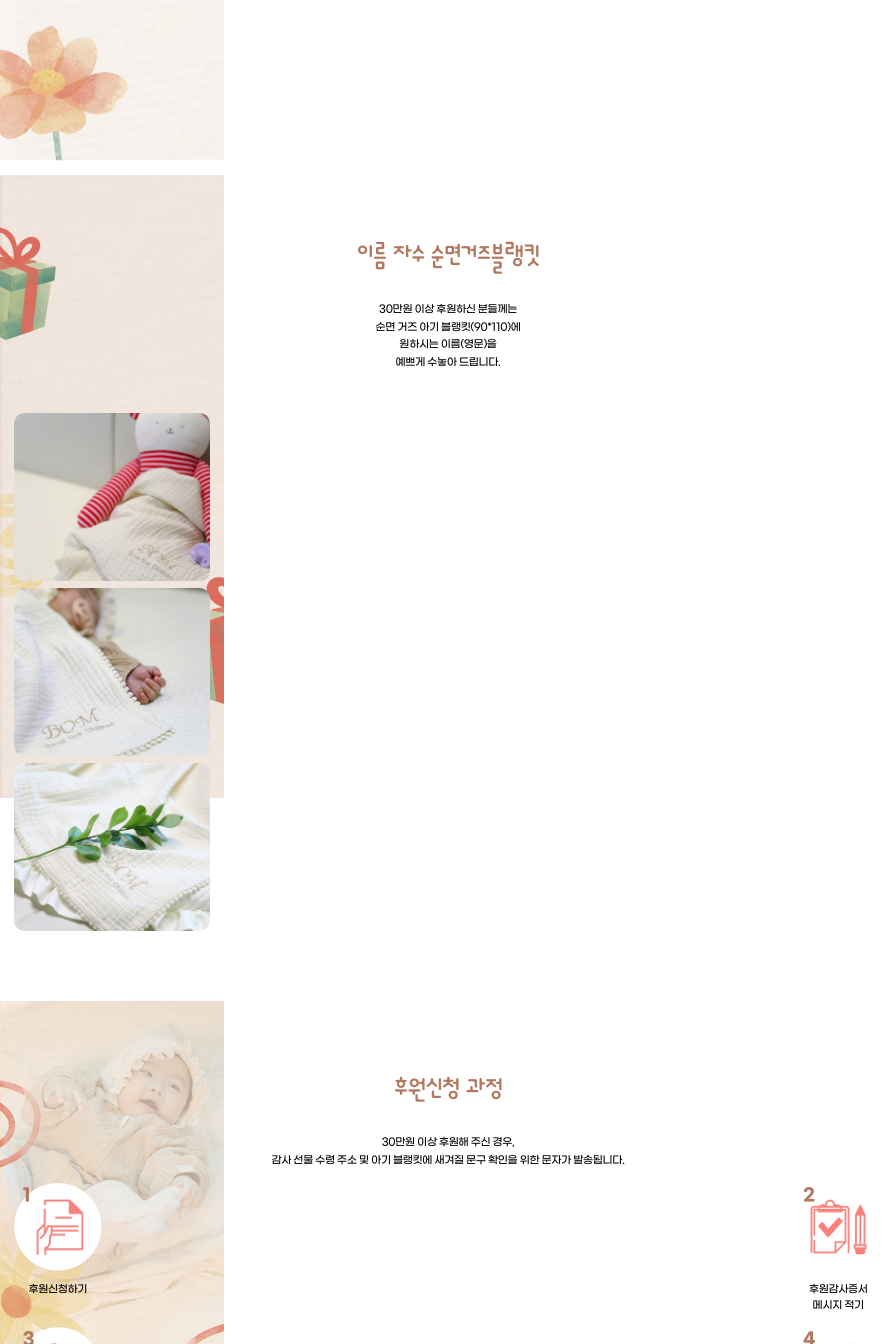
Repository: dlgywls1130/save_the_m320
Page: index.html
These files come from the project's save history. The page is drawn as it stood at one moment and after the next save; the edit follows.
The browser window is 1280 px wide. The pictures show the part of the page from y = 3460 to 5380 px (the page is 7390 px tall before and 7140 px after), at 70% of full size.

Above is the page before, as saved 2023-12-21 11:20:33.

After the next save:
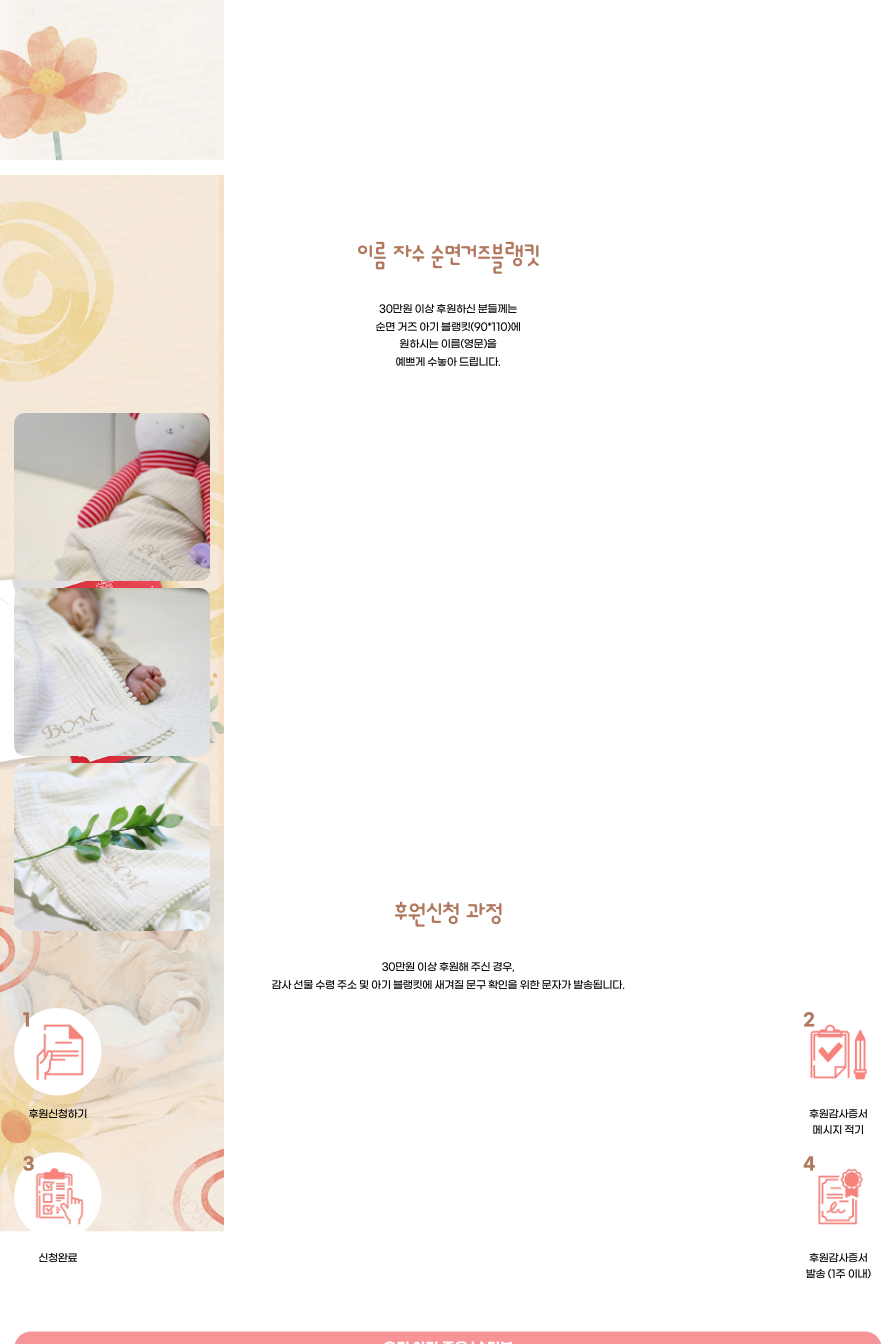
Saved 39 s later.
--- a/css/style.css
+++ b/css/style.css
@@ -382,8 +382,8 @@
 /* section04 */
 
 .section04{
-    height: 1180px;
-    background: url('../img/back04.jpg') no-repeat;
+    height: 930px;
+    background: url('../img/back02.jpg') no-repeat;
 }
 
 .se04{
